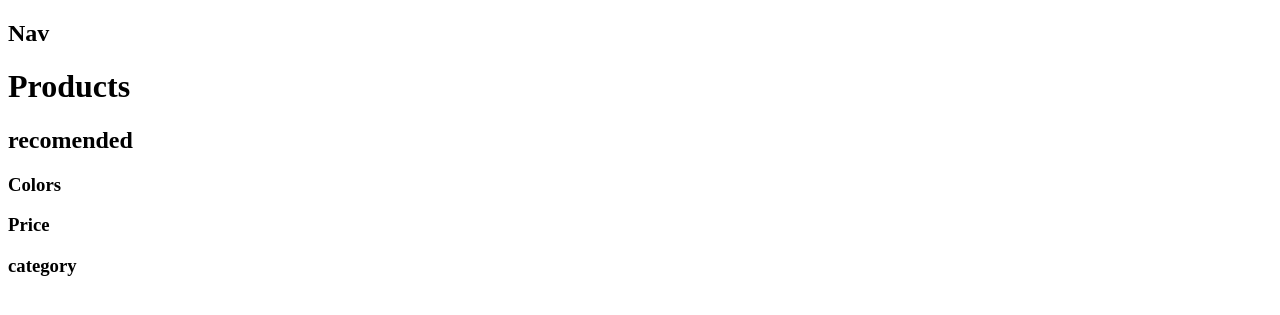
Repository: Mohankrishna1201/final_products_list
Page: /
The author's editor kept a copy of each file at every save. The page is drawn from the files as they stood at one save, then again after the next save.
The browser window is 1280 px wide. The pictures show the whole page.
The project was rebuilt for these pictures with package versions that can differ from the ones it lists, and the page was loaded fresh each time.

Above is the page before, as saved 2023-11-01 10:58:42.

After the next save:
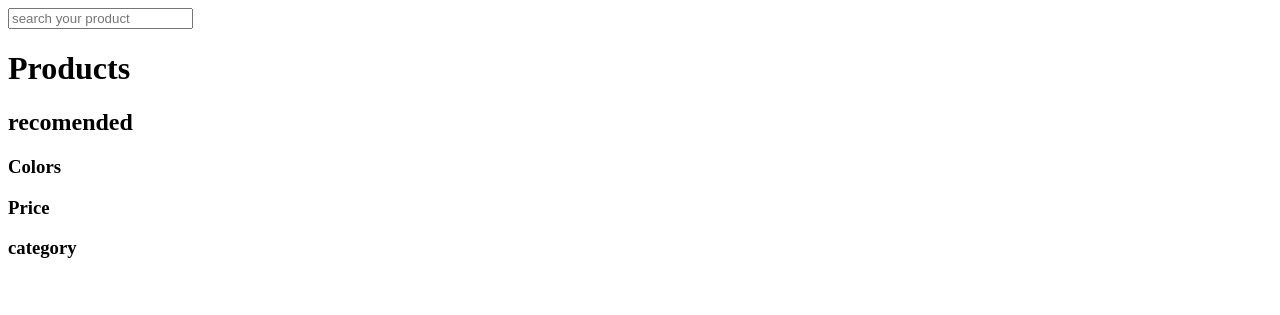
Saved 3 min 28 s later.
--- a/src/Nav/NavBar.js
+++ b/src/Nav/NavBar.js
@@ -3,7 +3,13 @@ import React from 'react'
 function NavBar() {
     return (
         <nav>
-            <h1>Nav</h1>
+            <div className='nav-container'>
+                <input type="text" className='search-input' placeholder='search your product'></input>
+            </div>
+            <div className='profile-container'>
+                <a href="#" />
+
+            </div>
         </nav>
     )
 }
